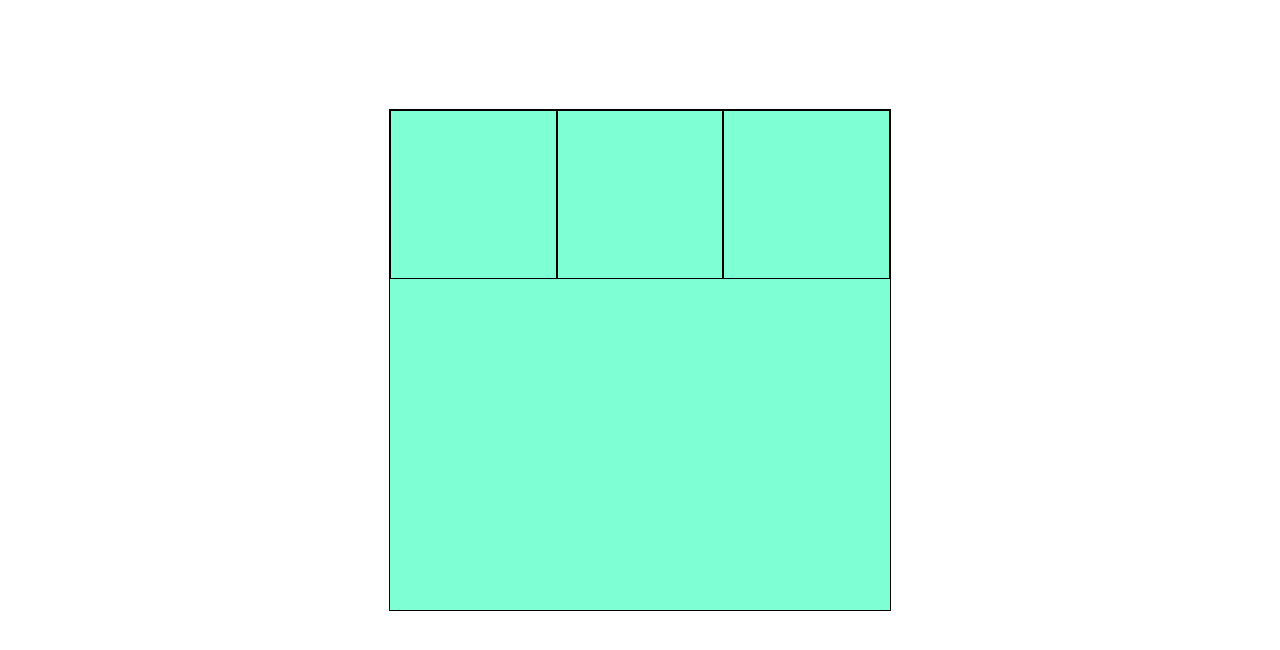
Repository: nasimqureshi/react-tic-tac-toe
Page: /
The author's editor kept a copy of each file at every save. The page is drawn from the files as they stood at one save, then again after the next save.
The browser window is 1280 px wide. The pictures show the whole page.
The project was rebuilt for these pictures with package versions that can differ from the ones it lists, and the page was loaded fresh each time.

Above is the page before, as saved 2024-10-13 22:01:33.

After the next save:
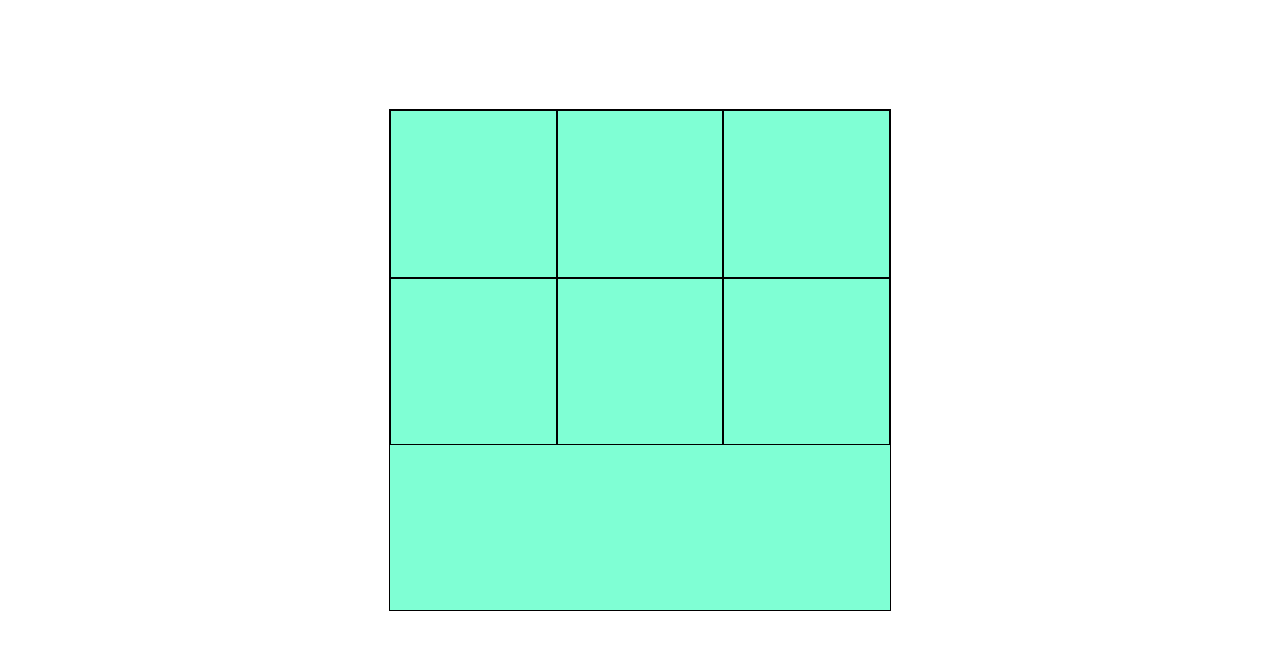
Saved 19 s later.
--- a/src/App.js
+++ b/src/App.js
@@ -29,7 +29,9 @@ function App() {
           <Square val={board[2]} chooseSquare={() => {chooseSquare(2)}} />
         </div>
         <div className='row'>
-
+        <Square val={board[0]} chooseSquare={() => {chooseSquare(0)}} />
+          <Square val={board[1]} chooseSquare={() => {chooseSquare(1)}} />
+          <Square val={board[2]} chooseSquare={() => {chooseSquare(2)}} />
         </div>
         <div className='row'></div>
       </div>
